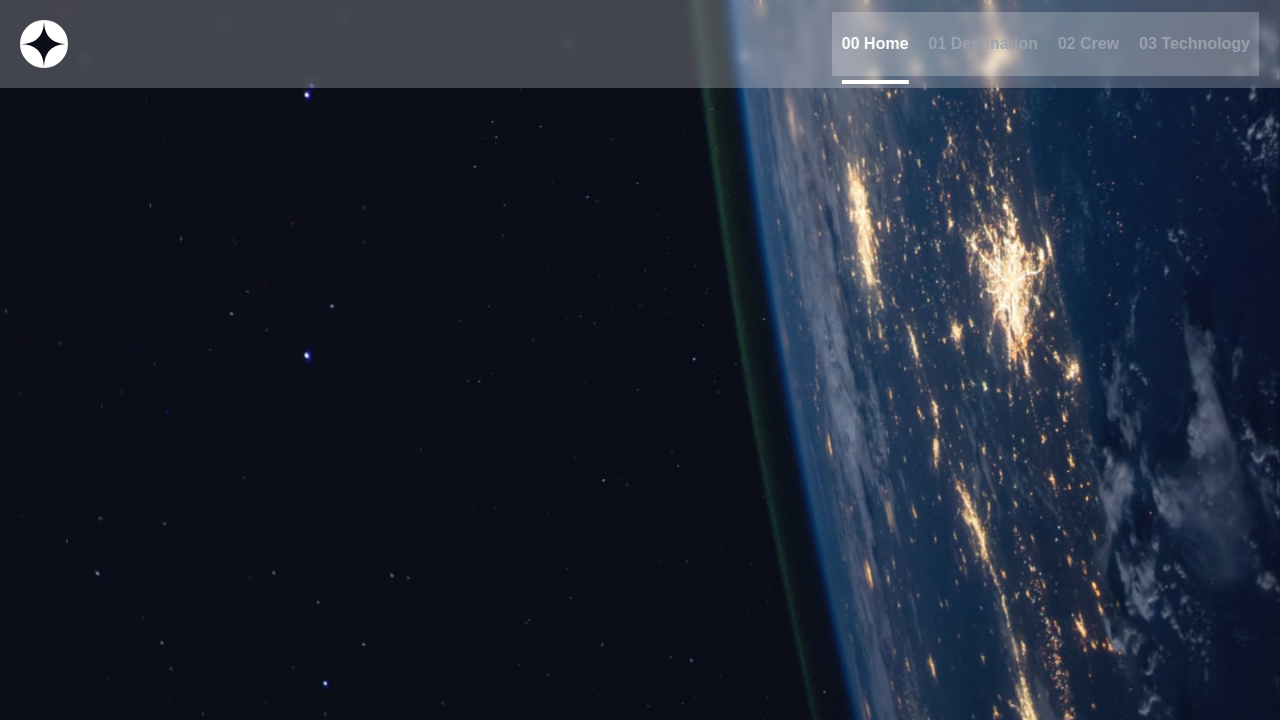
Repository: OmniaRafat232111121/Space-Toursim
Page: /
The author's editor kept a copy of each file at every save. The page is drawn from the files as they stood at one save, then again after a run of saves.
The browser window is 1280 px wide. The pictures show the whole page.
Some web fonts or font styles are not loaded; a fallback is used. The project was rebuilt for these pictures with package versions that can differ from the ones it lists, and the page was loaded fresh each time. Also part of the build but not shown: src/components/Destination.js, src/components/Crew.js, src/components/Technology.js, src/components/Error.js.

Above is the page before, as saved 2022-08-09 15:41:43.

### public/index.html
<!DOCTYPE html>
<html lang="en">
  <head>
    <meta charset="utf-8" />
    <link rel="icon" href="%PUBLIC_URL%/favicon-32x32.png" />
    <meta name="viewport" content="width=device-width, initial-scale=1" />
    <meta name="theme-color" content="#111827" />
    <meta name="description" content="Space Toursim Multi Page Website" />
    <link rel="apple-touch-icon" href="%PUBLIC_URL%/logo192.png" />
    <!--
      manifest.json provides metadata used when your web app is installed on a
      user's mobile device or desktop. See https://developers.google.com/web/fundamentals/web-app-manifest/
    -->
    <link rel="manifest" href="%PUBLIC_URL%/manifest.json" />
    <!--
      Notice the use of %PUBLIC_URL% in the tags above.
      It will be replaced with the URL of the `public` folder during the build.
      Only files inside the `public` folder can be referenced from the HTML.

      Unlike "/favicon.ico" or "favicon.ico", "%PUBLIC_URL%/favicon.ico" will
      work correctly both with client-side routing and a non-root public URL.
      Learn how to configure a non-root public URL by running `npm run build`.
    -->
    <link
      rel="stylesheet"
      href="https://cdnjs.cloudflare.com/ajax/libs/tailwindcss/2.2.17/tailwind.min.css"
      referrerpolicy="no-referrer"
    />
    <link rel="preconnect" href="https://fonts.googleapis.com" />
    <link rel="preconnect" href="https://fonts.gstatic.com" crossorigin />
    <link
      href="https://fonts.googleapis.com/css2?family=Mohave:wght@400&family=Zen+Antique&display=swap"
      rel="stylesheet"
    />
    <title>Space Tourism Multi Page Website</title>
  </head>
  <body>
    <noscript>You need to enable JavaScript to run this app.</noscript>
    <div id="root"></div>
    <!--
      This HTML file is a template.
      If you open it directly in the browser, you will see an empty page.

      You can add webfonts, meta tags, or analytics to this file.
      The build step will place the bundled scripts into the <body> tag.

      To begin the development, run `npm start` or `yarn start`.
      To create a production bundle, use `npm run build` or `yarn build`.
    -->
  </body>
</html>

### src/index.css
body {
  margin: 0;
  font-family: "Mohave", sans-serif;
  -webkit-font-smoothing: antialiased;
  -moz-osx-font-smoothing: grayscale;
}

h1,
h2 {
  font-family: "Zen Antique", sans-serif;
}

a {
  text-decoration: none;
}

img {
  max-width: 100%;
}

button,
img {
  user-select: none;
  -moz-user-select: none;
}

p {
  line-height: 1.8;
}

.gray {
  color: #7e7e7e;
}

.white {
  color: #ffffff;
}

.header {
  position: absolute;
  width: 100%;
  background-color: rgba(255, 255, 255, 0.233);
  backdrop-filter: blur(5px);
  --webkit-backdrop-fiter: blur(5px);
}

.header nav {
  display: none;
}

 .header nav.open {
  display: block;
}

.header nav ul {
  display: flex;
  flex-direction: column;
  align-items: center;
  justify-content: center;
  background-color: #111827;
  backdrop-filter: blur(10px);
  --webkit-backdrop-filter: blur(10px);
  width: calc(100vw - 50px);
  position: absolute;
  left: 50%;
  top: 100px;
  transform: translateX(-50%);
  z-index: 999;
}

 .header nav ul li {
  margin: 10px 0;
}

.menu {
  display: block;
}
.home {
  background: url("./starter-code/assets/home/background-home-mobile.jpg")
    no-repeat center/cover;
  height: calc(100vh - 1px);
}

.home .overlay {
  display: flex;
  flex-direction: column;
  align-items: center;
  justify-content: center;
  height: calc(100vh - 1px);
}

.destinations {
  background: url("./starter-code/assets/destination/background-destination-mobile.jpg")
    no-repeat center/cover;
  height: auto;
}

.crew {
  background: url("./starter-code/assets/crew/background-crew-mobile.jpg")
    no-repeat center/cover;
  height: auto;
}

.technology {
  background: url("./starter-code/assets/technology/background-technology-mobile.jpg")
    no-repeat center/cover;
  height: auto;
}
@media (min-width: 768px) {
  .menu {
    display: none;
  }

  .header nav {
    display: block;
  }

  .header nav ul {
    flex-direction: row;
    background-color: transparent;
    backdrop-filter: blur(0);
    --webkit-backdrop-filter: blur(0);
    position: relative;
    top: 0;
    right: 0;
    width: auto;
  }

  .header nav ul li {
    margin: 0 10px;
  }
}



@media (min-width: 768px) {
  .home {
    background: url("./starter-code/assets/home/background-home-tablet.jpg")
      no-repeat center/cover;
    height: calc(100vh - 1px);
  }

  .home .overlay {
    flex-direction: row;
  }

  .destinations {
    background: url("./starter-code/assets/destination/background-destination-tablet.jpg")
      no-repeat center/cover;
  }

  .crew {
    background: url("./starter-code/assets/crew/background-crew-tablet.jpg")
      no-repeat center/cover;
  }

  .technology {
    background: url("./starter-code/assets/technology/background-technology-tablet.jpg")
      no-repeat center/cover;
  }

  @media (min-width: 1280px) {
    p {
      font-size: 18px;
    }

    .home {
      background: url("./starter-code/assets/home/background-home-desktop.jpg")
        no-repeat center/cover;
      height: 100vh;
    }

    .home .overlay {
      max-width: 1200px;
      margin: auto;
    }

    .destinations {
      background: url("./starter-code/assets/destination/background-destination-desktop.jpg")
        no-repeat center/cover;
    }

    .crew {
      background: url("./starter-code/assets/crew/background-crew-desktop.jpg")
        no-repeat center/cover;
    }

    .technology {
      background: url("./starter-code/assets/technology/background-technology-desktop.jpg")
        no-repeat center/cover;
    }
  }
}

### src/App.js
import { BrowserRouter as Router, Route, Switch } from "react-router-dom"
import {
  Header,
  Home,
  Destination,
  Crew,
  Technology,
  Error,
} from "./components"

function App() {
  return (
    <Router>
      <main>
        <Header />

        <Switch>
          <Route path="/" exact>
            <Home />
          </Route>
          <Route path="/destination">
            <Destination />
          </Route>
          <Route path="/crew">
            <Crew />
          </Route>
          <Route path="/technology">
            <Technology />
          </Route>
          <Route path="*">
            <Error />
          </Route>
        </Switch>
      </main>
    </Router>
  )
}

export default App

### src/components/index.js
import Header from "./Header"
import Home from "./Home"
import Destination from "./Destination"
import Crew from "./Crew"
import Technology from "./Technology"
import Error from "./Error"

export { Header, Home, Destination, Crew, Technology, Error }

### src/components/Header.js
import React from 'react'
import { NavLink } from "react-router-dom"
import { FiMenu } from "react-icons/fi"
import logo from "../starter-code/assets/shared/logo.svg"

export default function Header() {
  const handleClick = () => {
    const navbar = document.getElementById("navbar")

    navbar.classList.toggle("open")
  }

  return (
    <>
      <header className="header px-5 flex items-center justify-between">
        <div className="py-5">
          <NavLink to="/">
            <img src={logo} alt="space" title="Travel to Space" />
          </NavLink>
        </div>

        {/* {isOpen && ( */}
        <nav id="navbar">
          <ul className="flex items-center">
            <li className="mx-2 py-5 text-gray-400 font-semibold">
              <NavLink
                to="/"
                exact
                activeClassName="text-white border-b-4 border-white pb-7"
              >
                <span>00</span> Home
              </NavLink>
            </li>
            <li className="mx-2 py-5 text-gray-400 font-semibold">
              <NavLink
                to="/destination"
                exact
                activeClassName="text-white border-b-4 border-white pb-7"
              >
                <span>01</span> Destination
              </NavLink>
            </li>
            <li className="mx-2 py-5 text-gray-400 font-semibold">
              <NavLink
                to="/crew"
                exact
                activeClassName="text-white border-b-4 border-white pb-7"
              >
                <span>02</span> Crew
              </NavLink>
            </li>
            <li className="mx-2 py-5 text-gray-400 font-semibold">
              <NavLink
                to="/technology"
                exact
                activeClassName="text-white border-b-4 border-white pb-7"
              >
                <span>03</span> Technology
              </NavLink>
            </li>
          </ul>
        </nav>
        {/* )} */}

        <div className="menu">
          <button id="menu" onClick={handleClick}>
            <FiMenu className="text-white text-4xl" />
          </button>
        </div>
      </header>
    </>
  )
}

### src/components/Home.js
export default function Home() {
  return (
    <>
      <section className="home">
      <div className="overlay">
      <article className="text-center md:text-left">
      </article>
      </div>

      </section>
    </>
  )
}

Loaded but not shown: src/index.js (common file); src/reportWebVitals.js (common file)

After the next 2 saves:
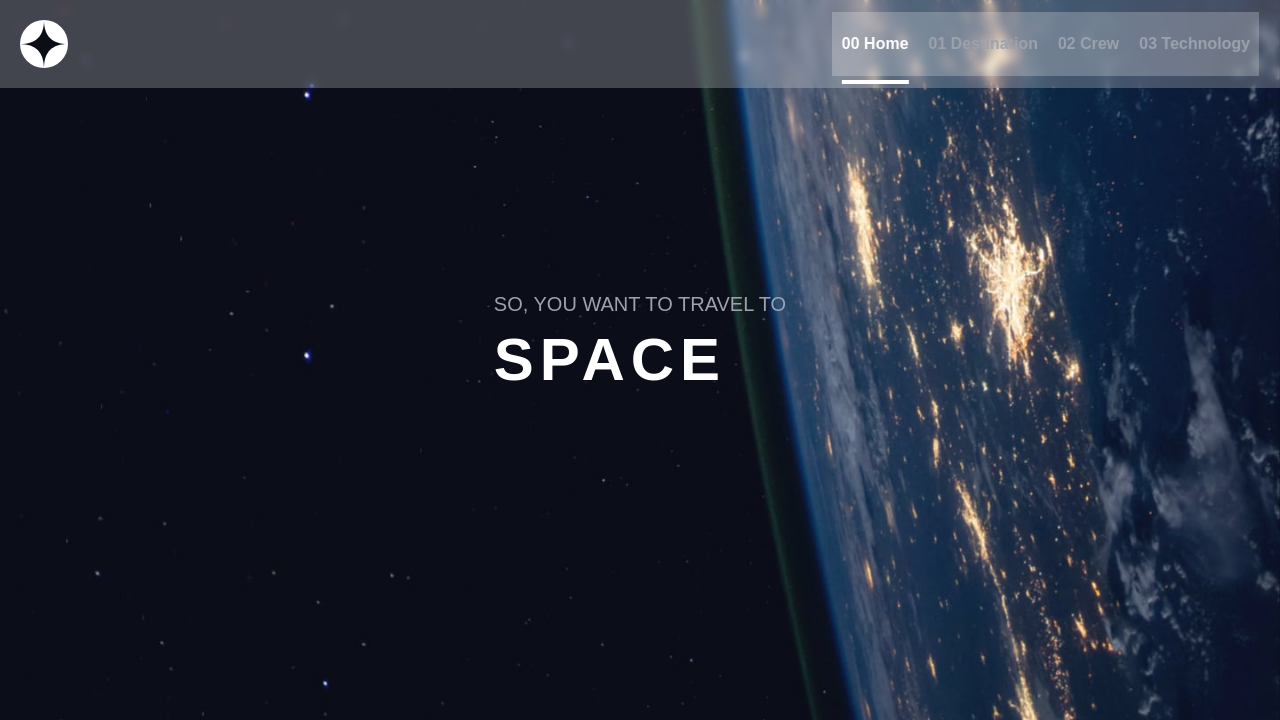
The 2 saves are shown as one change because they came seconds apart.
The last was saved 10 s later.
--- a/src/components/Home.js
+++ b/src/components/Home.js
@@ -4,6 +4,12 @@ export default function Home() {
       <section className="home">
       <div className="overlay">
       <article className="text-center md:text-left">
+      <h1 className="text-gray-400 text-xl uppercase">
+              So, you want to travel to{" "}
+              <span className="block font-semibold tracking-widest text-4xl text-white md:text-5xl lg:text-6xl 2xl:text-7xl mb-10 mt-3">
+                space
+              </span>
+            </h1>
       </article>
       </div>
 
